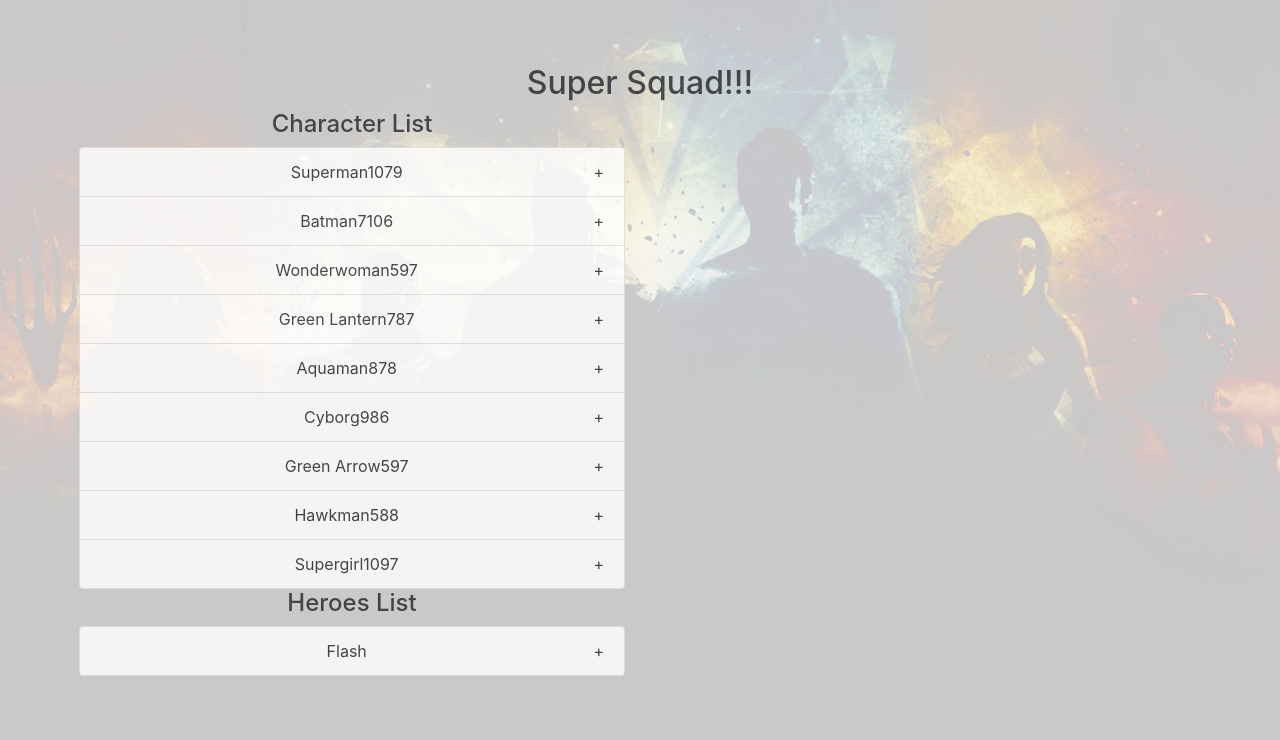
Repository: ratanparmar/newreact
Page: /
The author's editor kept a copy of each file at every save. The page is drawn from the files as they stood at one save, then again after the next save.
The browser window is 1280 px wide. The pictures show the whole page.
The project was rebuilt for these pictures with package versions that can differ from the ones it lists, and the page was loaded fresh each time.

Above is the page before, as saved 2019-12-09 15:53:38.

After the next save:
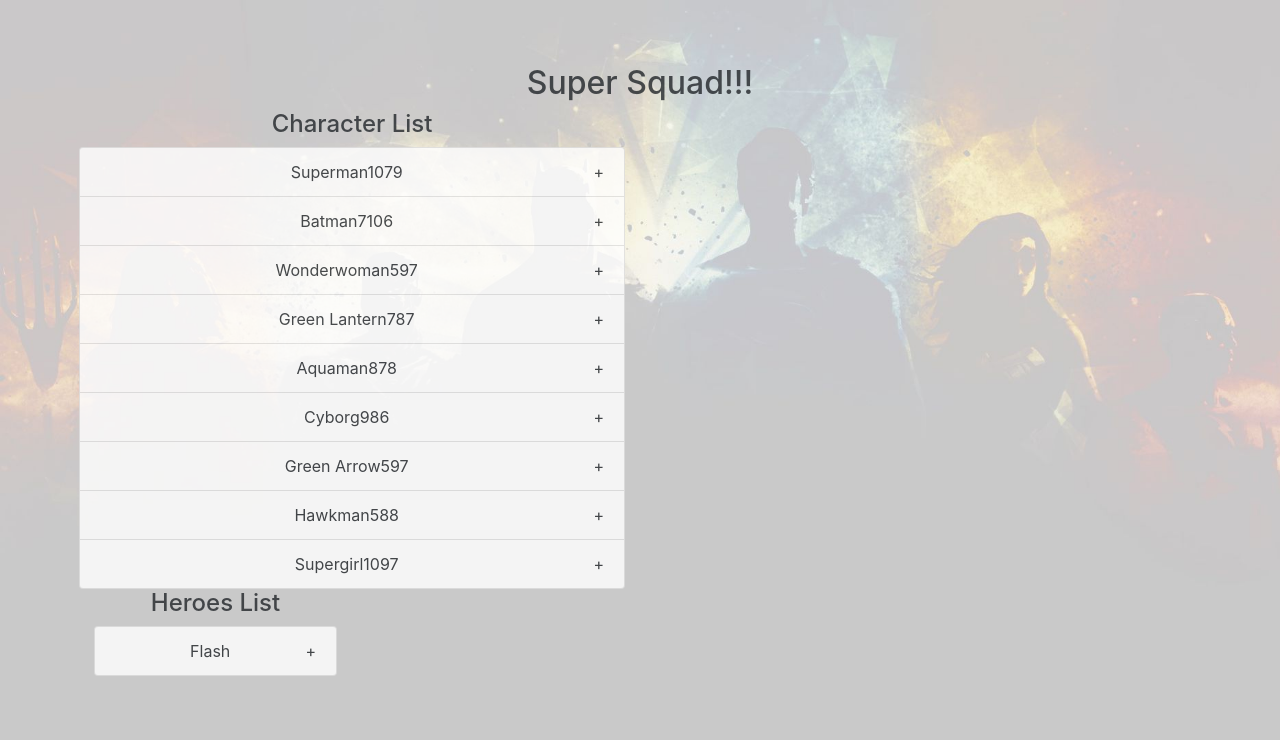
Saved 3 min 22 s later.
--- a/src/components/App.js
+++ b/src/components/App.js
@@ -11,10 +11,11 @@
                 <h2>Super Squad!!!</h2>
                 <div className='col-md-6'>
                     <CharacterList/>
-                </div>
-                <div className='col-md-6'>
+                    <div className='col-md-6'>
                     <HeroesList/>
                 </div>
+                </div>
+
             </div>
         )
     }

After the save that followed:
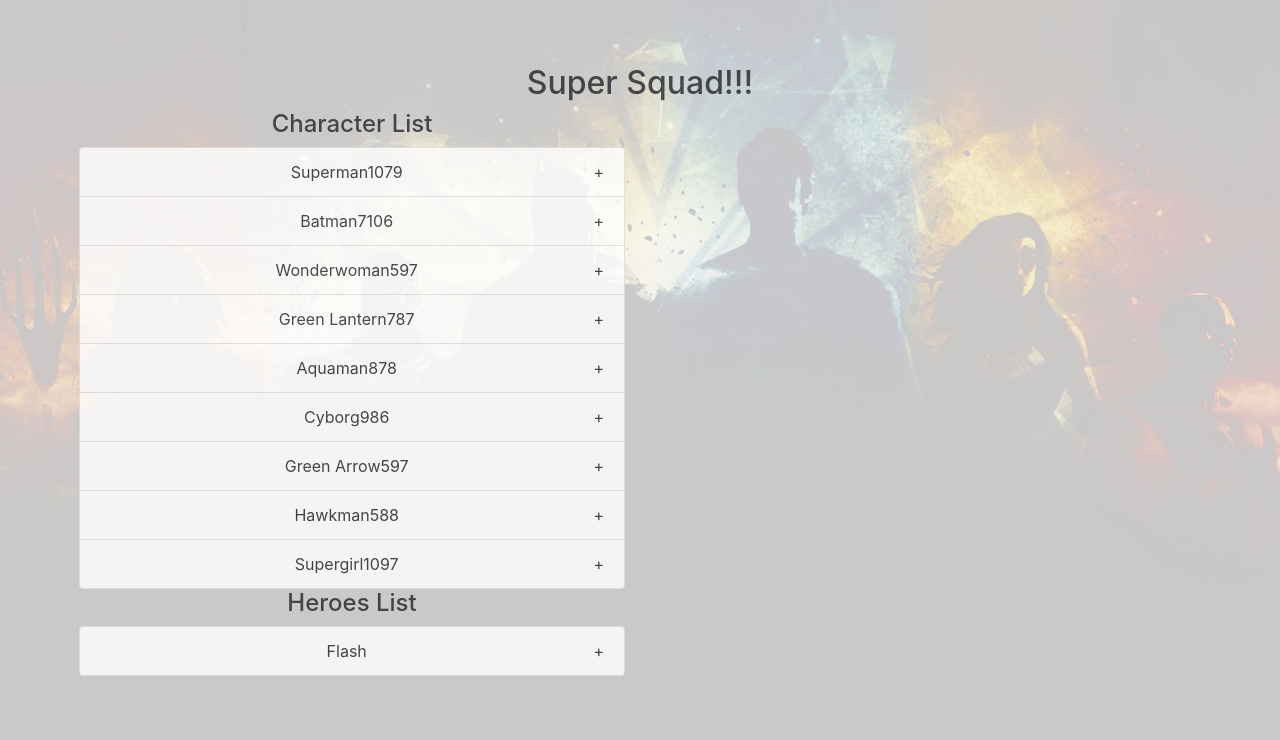
Saved 49 s later.
--- a/src/components/App.js
+++ b/src/components/App.js
@@ -11,11 +11,10 @@
                 <h2>Super Squad!!!</h2>
                 <div className='col-md-6'>
                     <CharacterList/>
-                    <div className='col-md-6'>
+                </div>
+                <div className='col-md-6'>
                     <HeroesList/>
                 </div>
-                </div>
-
             </div>
         )
     }
